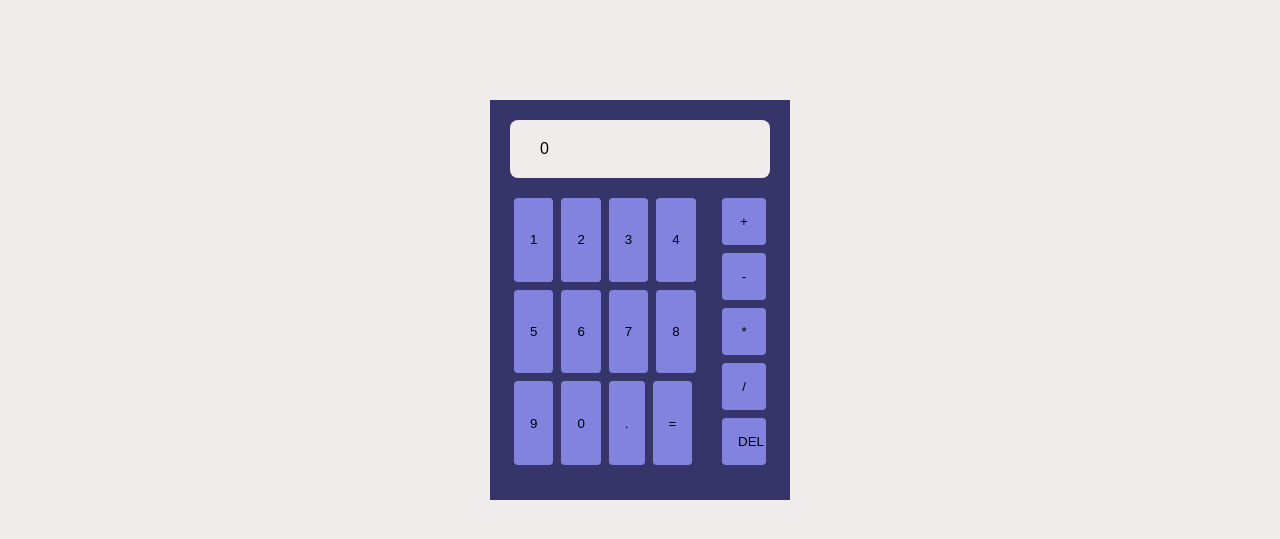
Repository: Bishek666/simple-calculator
Page: /
These files come from the project's save history. The page is drawn as it stood at one moment and after the next save; the edit follows.
The browser window is 1280 px wide. The pictures show the whole page.
The project was rebuilt for these pictures with package versions that can differ from the ones it lists, and the page was loaded fresh each time.

Above is the page before, as saved 2021-10-20 17:55:29.

After the next save:
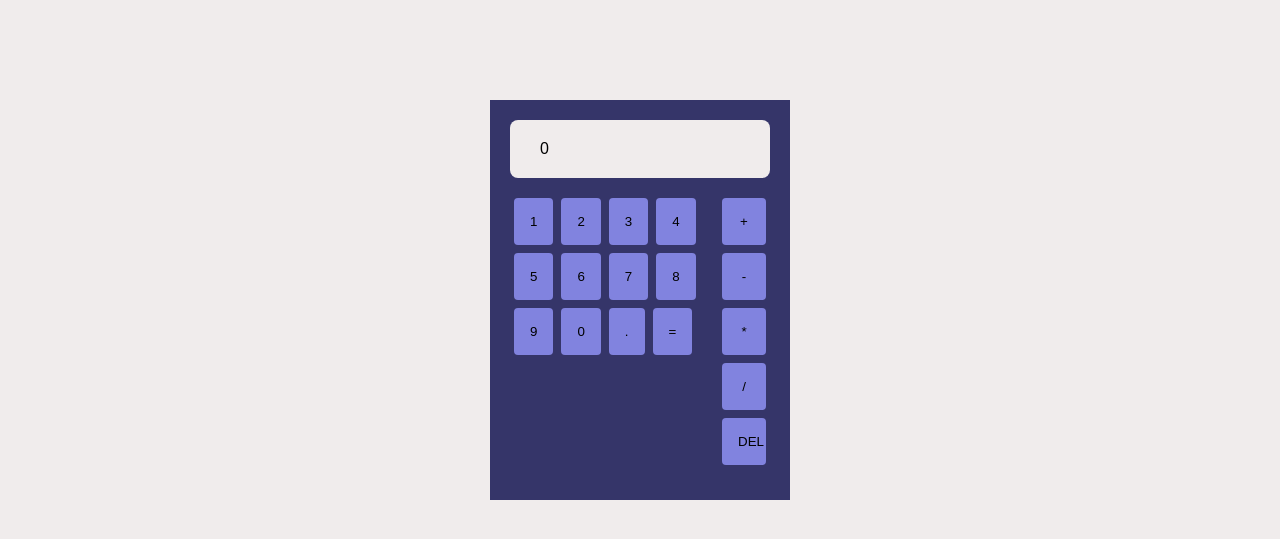
Saved 5 s later.
--- a/src/index.css
+++ b/src/index.css
@@ -51,8 +51,6 @@ button {
 }
 
 .digits {
-    display: flex;
-    flex-wrap: wrap;
 }
 .operators {
     display: flex;
